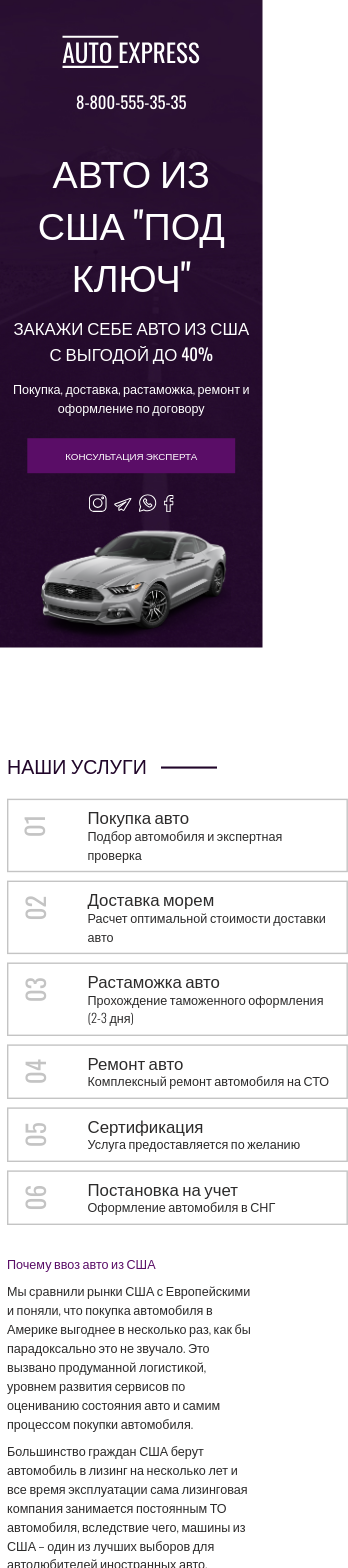
Repository: AlexandrLewandowski/site-1
Page: index.html
These files come from the project's save history. The page is drawn as it stood at one moment and after the next save; the edit follows.
The browser window is 375 px wide. The page is 497 px wide, so the pictures cover 497 px, including what lies to the right of the window. The pictures show the part of the page from y = 0 to 2240 px (the page is 2820 px tall before and 2516 px after), at 70% of full size.

Above is the page before, as saved 2024-05-10 19:08:20.

After the next save:
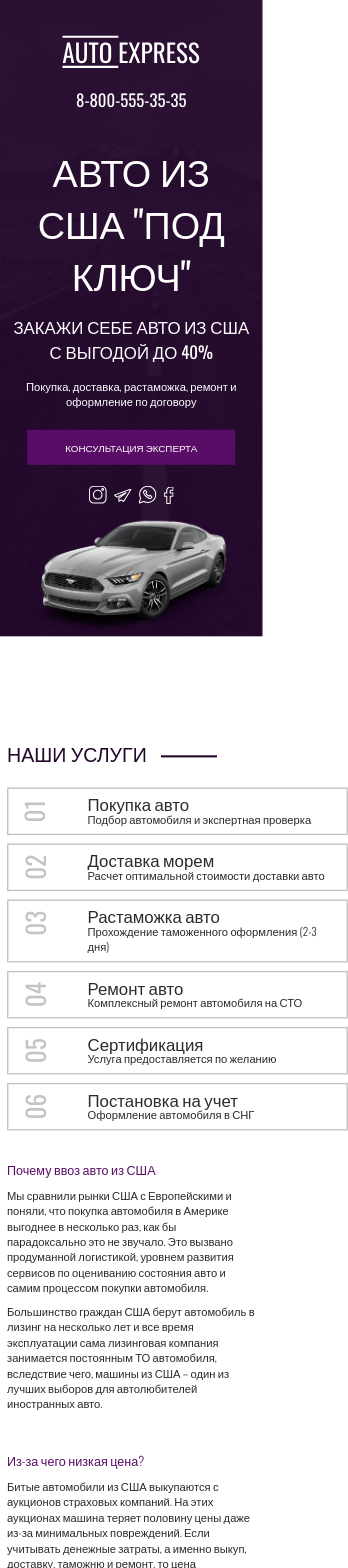
Saved 19 min 2 s later.
--- a/css/style.css
+++ b/css/style.css
@@ -494,6 +494,15 @@
         line-height: 36px;
         margin-bottom: 30px;
     }
+
+    body {
+        font-size: 16px;
+        line-height: 22px;
+    }
+
+    .services__item::before {
+        top: 5px;
+    }
 }
 
 @media (max-width: 520px) {
